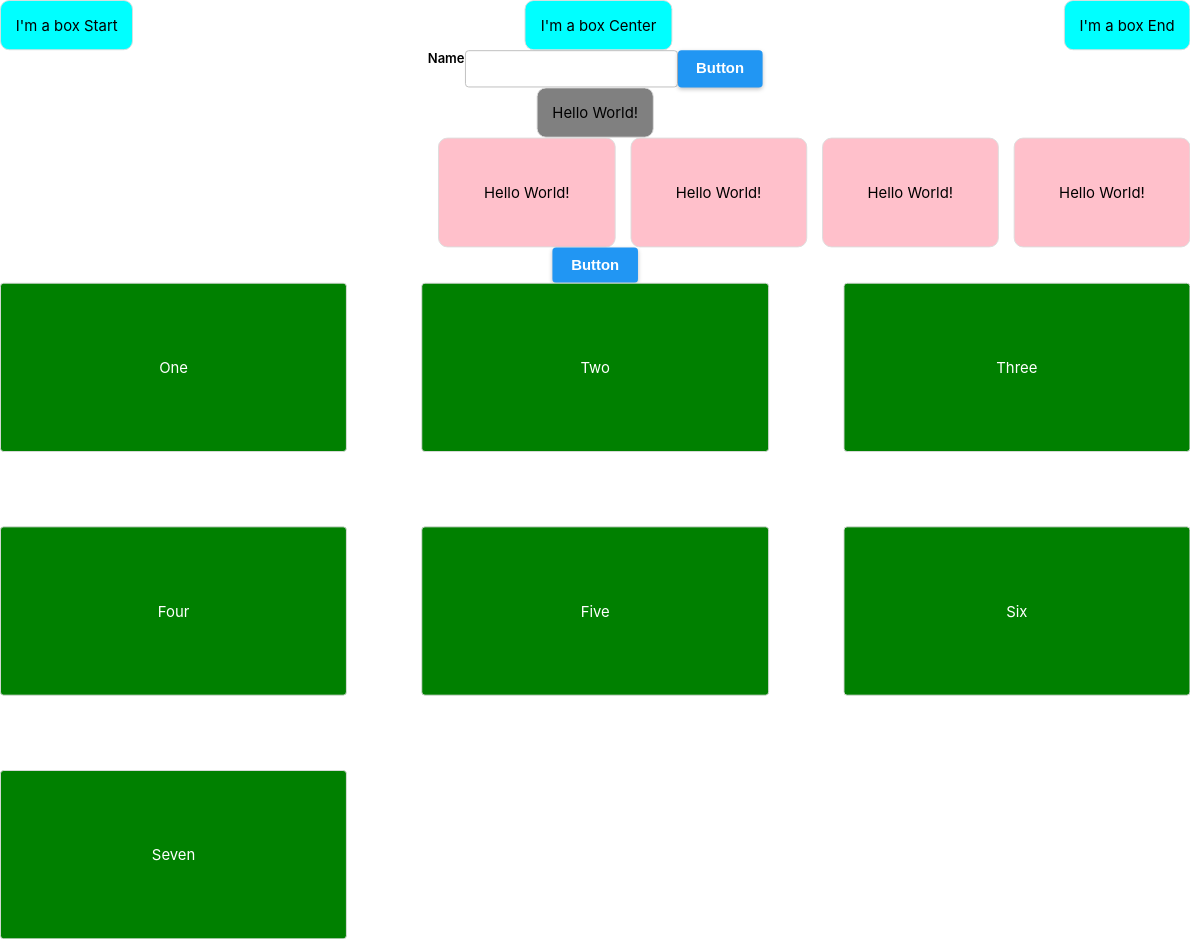
Repository: roistyx/react
Page: / (app in layouts-app/)
An editor plug-in stored every save of this project. The page is shown before and after the next save, followed by the edit.
The browser window is 1280 px wide. The pictures show the whole page, at 93% of full size.
The project was rebuilt for these pictures with package versions that can differ from the ones it lists, and the page was loaded fresh each time.

Above is the page before, as saved 2023-04-30 17:01:42.

After the next save:
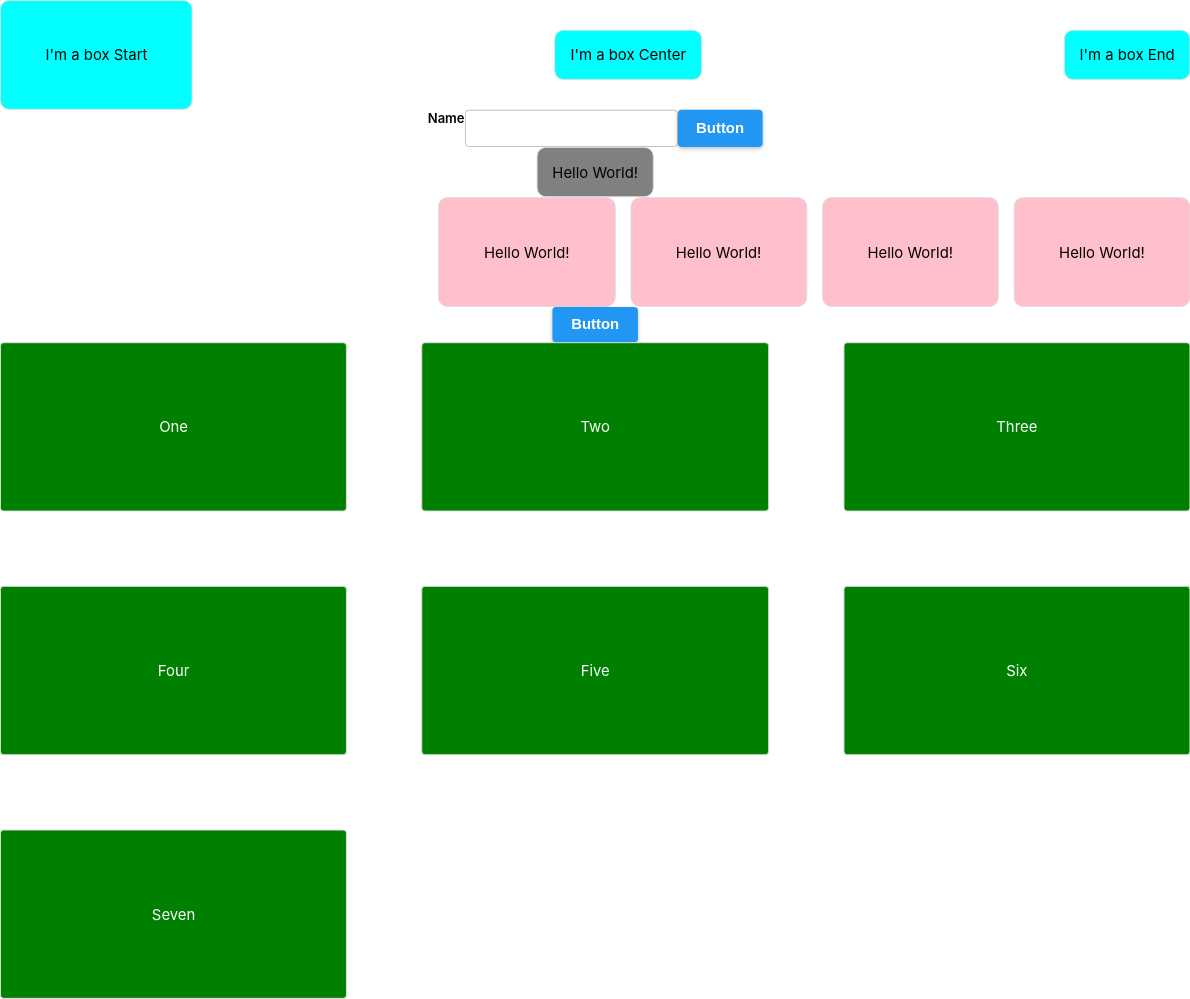
Saved 2 min 8 s later.
--- a/layouts-app/src/App.js
+++ b/layouts-app/src/App.js
@@ -11,7 +11,7 @@
 	return (
 		<div>
 			<Between>
-				<Box bgColor="	#00FFFF" borderRadius="10px" gap="1rem">
+				<Box bgColor="	#00FFFF" borderRadius="10px" gap="3rem">
 					<span>I'm a box Start</span>
 				</Box>
 				<Box bgColor="	#00FFFF" borderRadius="10px" gap="1rem">

After the save that followed:
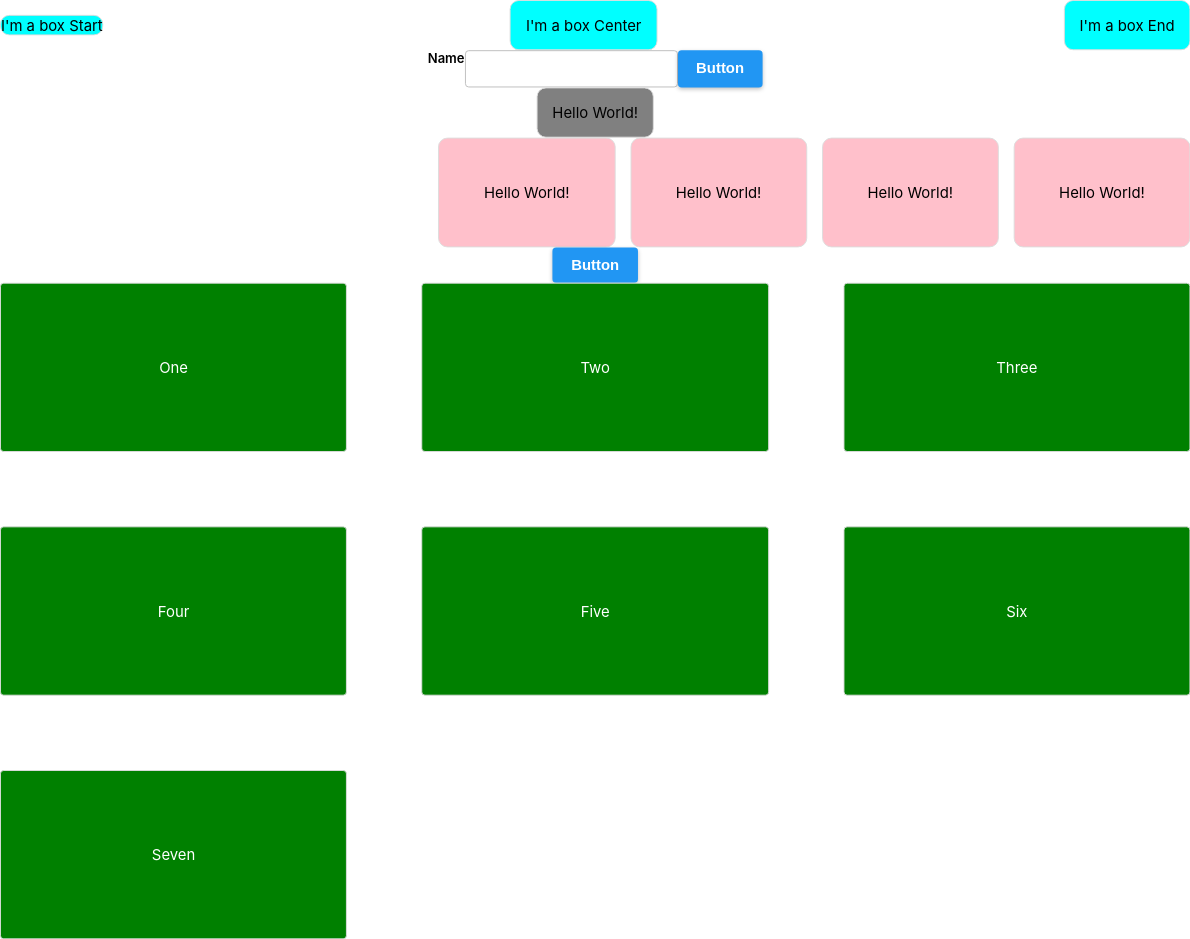
Saved 18 s later.
--- a/layouts-app/src/App.js
+++ b/layouts-app/src/App.js
@@ -11,7 +11,7 @@
 	return (
 		<div>
 			<Between>
-				<Box bgColor="	#00FFFF" borderRadius="10px" gap="3rem">
+				<Box bgColor="	#00FFFF" borderRadius="10px" gap="0">
 					<span>I'm a box Start</span>
 				</Box>
 				<Box bgColor="	#00FFFF" borderRadius="10px" gap="1rem">
